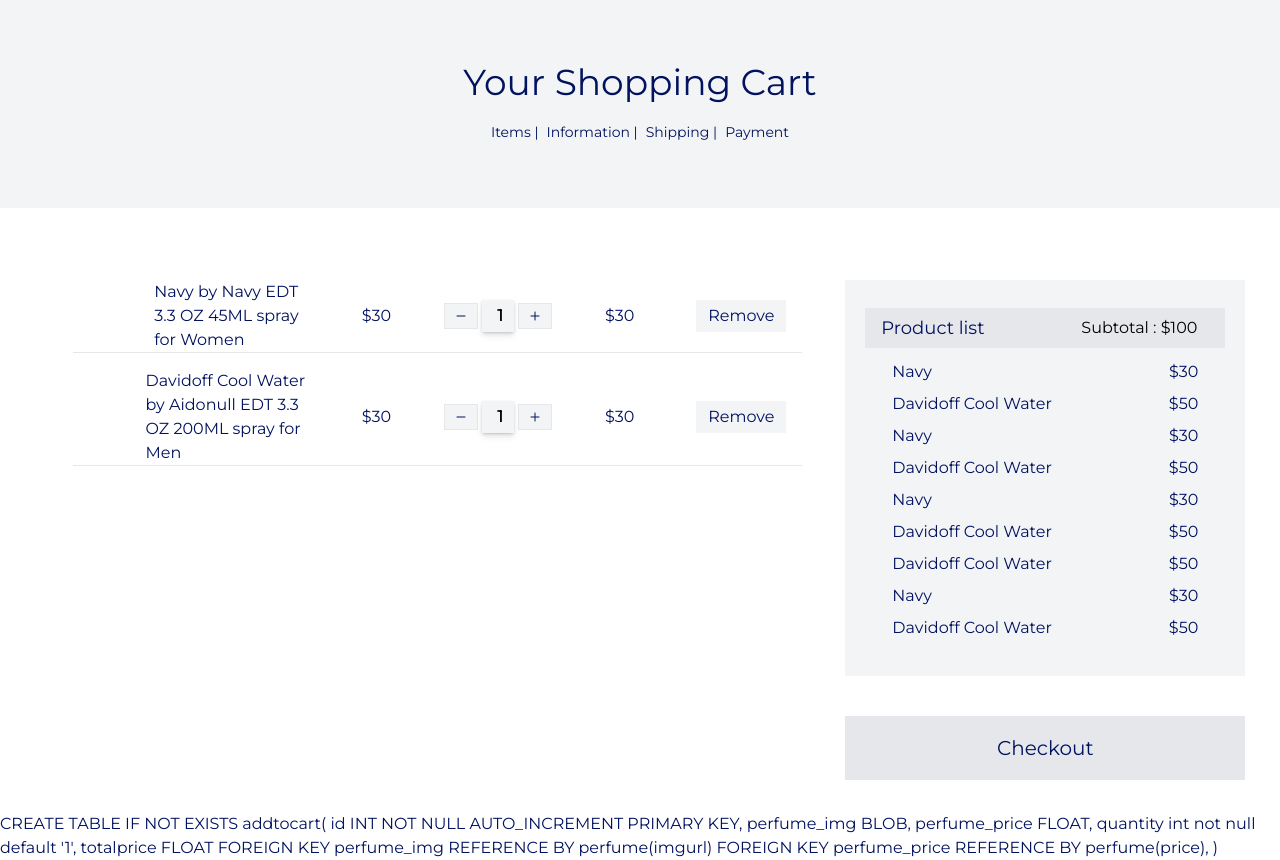
Repository: hsumyatm7308/ecommerce-small-shopping
Page: http://localhost/mvcshop/shopcartpage.php
The author's editor kept a copy of each file at every save. The page is drawn from the files as they stood at one save, then again after the next save.
The browser window is 1280 px wide. The pictures show the whole page.
Some web libraries are served in a nearby version. The page is run by PHP 8.4 with error messages shown; the project is at /var/www/html/. Queries for data that is not in the repository find no rows.

Above is the page before, as saved 2023-08-11 01:38:21.

After the next save:
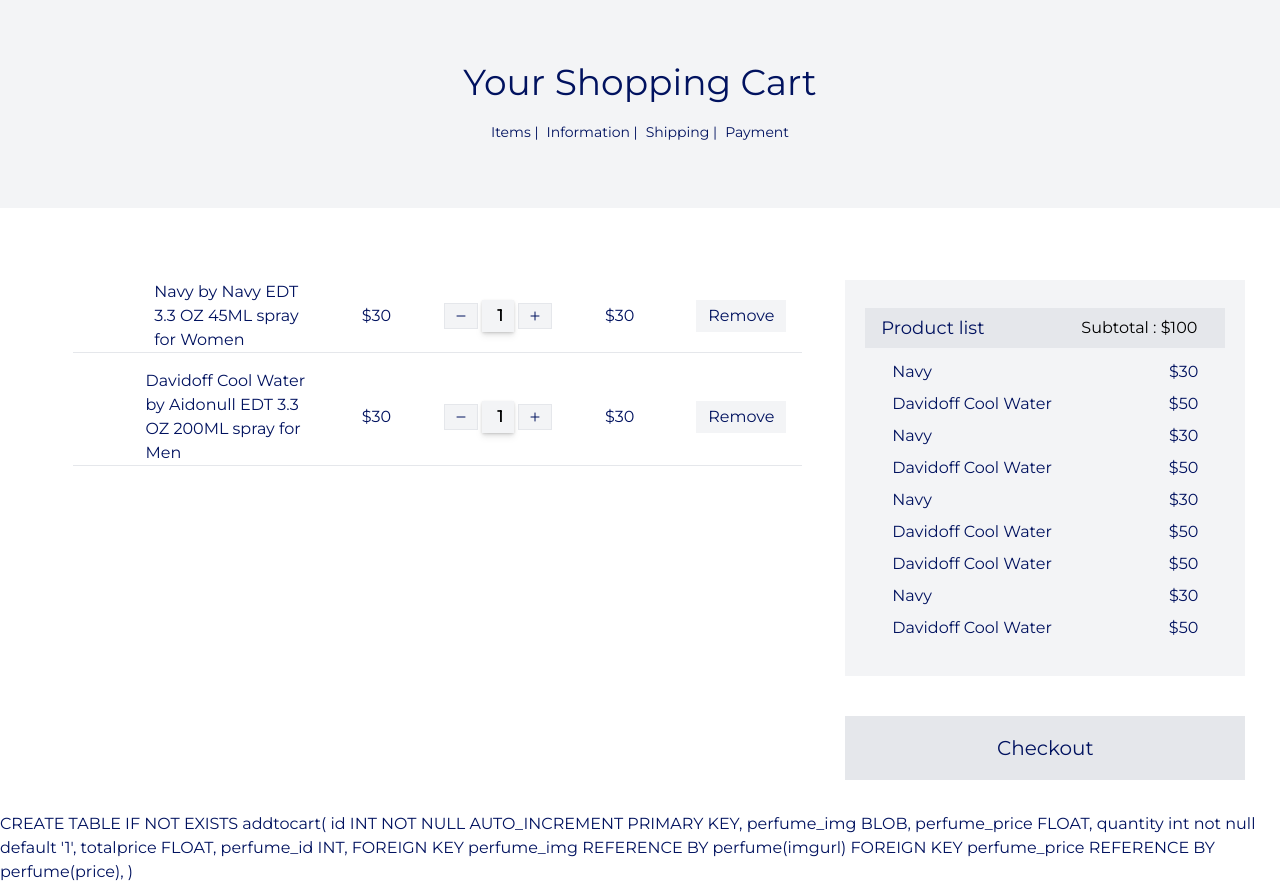
Saved 11 s later.
--- a/shopcartpage.php
+++ b/shopcartpage.php
@@ -259,7 +259,8 @@
     perfume_price FLOAT,
 
     quantity int not null default '1',
-    totalprice FLOAT
+    totalprice FLOAT,
+    perfume_id INT,
     FOREIGN KEY perfume_img REFERENCE BY perfume(imgurl)
     FOREIGN KEY perfume_price REFERENCE BY perfume(price),
 
